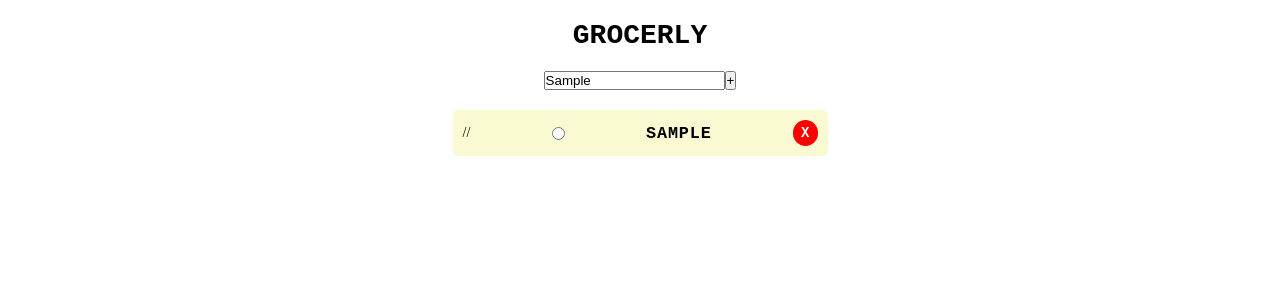
Repository: vikatgen/grocery-list
Page: index.html
The author's editor kept a copy of each file at every save. The page is drawn from the files as they stood at one save, then again after the next save.
The browser window is 1280 px wide. The pictures show the whole page.
Empty fields were first filled with sample values (such as "Sample", 5 or name@example.com).
After loading, the first visible `#submit-button` was clicked once.

Above is the page before, as saved 2020-03-25 18:18:14.

After the next save:
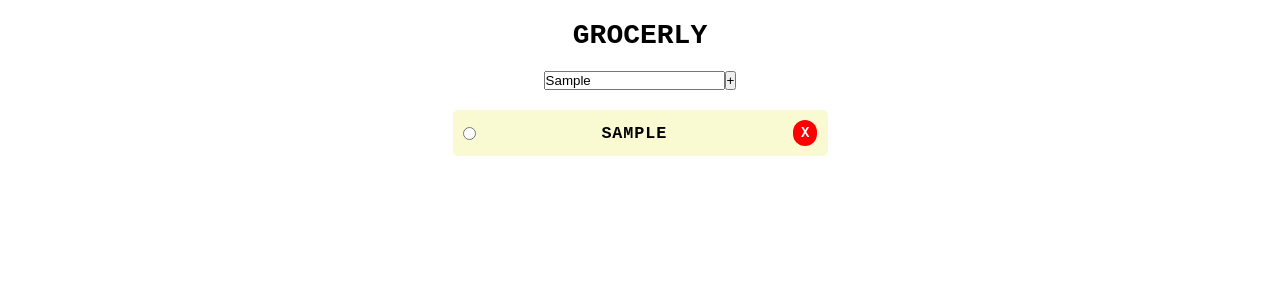
Saved 9 s later.
--- a/app.js
+++ b/app.js
@@ -6,7 +6,7 @@
   let rowDiv = document.createElement("div");
   rowDiv.classList.add("list-item");
   rowDiv.innerHTML = `
-        // <input type="radio" id="in-basket" value="in-basket" />
+        <input type="radio" id="in-basket" value="in-basket" />
         <div class="grocery-name">${addGrocery.value}</div>
         <div class="remove-list-item">X</div>
     `;
